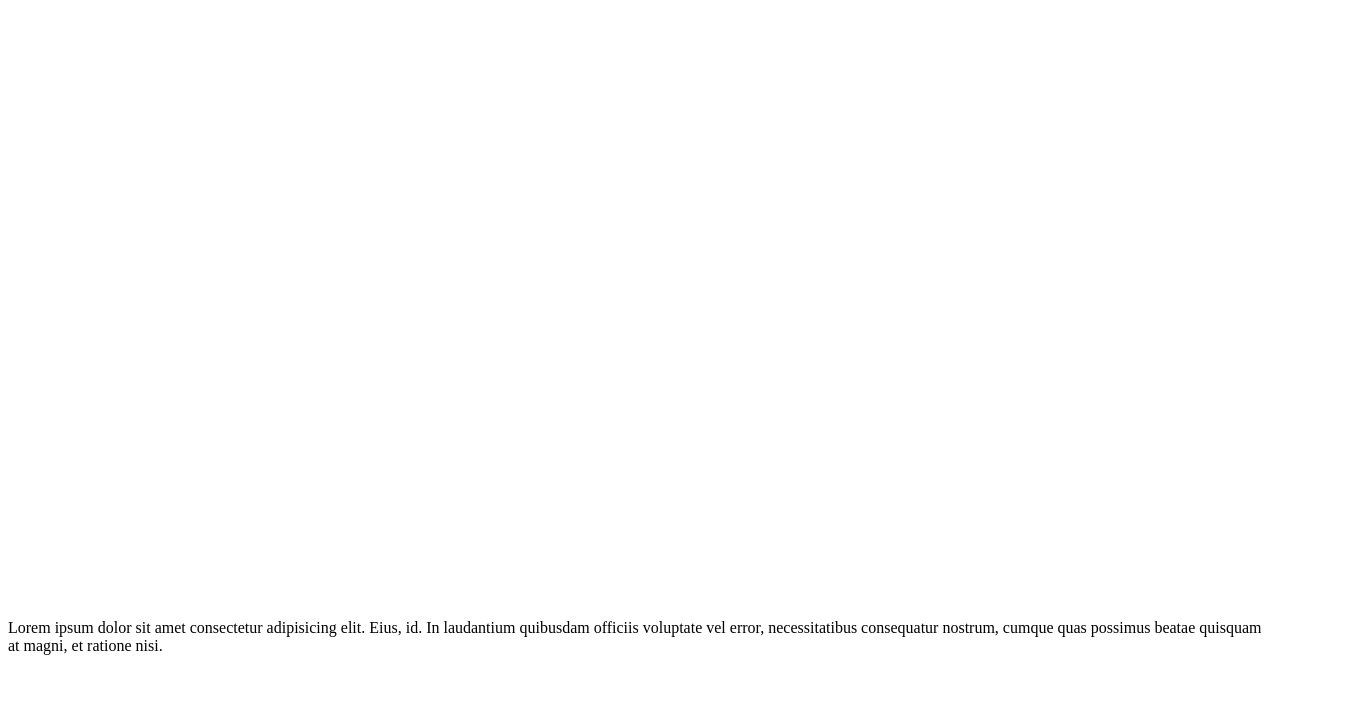
Repository: manhkkkk/assigntment
Page: index.html
The author's editor kept a copy of each file at every save. The page is drawn from the files as they stood at one save, then again after the next save.
The browser window is 1280 px wide. The page is 1359 px wide, so the pictures cover 1359 px, including what lies to the right of the window. The pictures show the whole page.

Above is the page before, as saved 2022-01-09 21:09:37.

### index.html
<!DOCTYPE html>
<html lang="en">
    <head>
        <meta charset="UTF-8" />
        <link rel="icon" type="image/svg+xml" href="favicon.svg" />
        <meta http-equiv="X-UA-Compatible" content="IE=edge" />
        <meta name="viewport" content="width=device-width, initial-scale=1.0" />
        <link rel="stylesheet" href="./style.css" />
        <title>Document</title>
    </head>
    <body>
        <header>
            <div class="container">
                <nav>
                    <div>
                        <img src="./image/logo.png" alt="" />
                    </div>
                </nav>
            </div>
        </header>
        <script type="module" src="./src/main.js"></script>
        <p>
            Lorem ipsum dolor sit amet consectetur adipisicing elit. Eius, id.
            In laudantium quibusdam officiis voluptate vel error, necessitatibus
            consequatur nostrum, cumque quas possimus beatae quisquam at magni,
            et ratione nisi.
        </p>
    </body>
</html>

### src/main.js
var menuList =["Menu1", "Menu2", "Menu3"];

const menuElement = document.querySelector('#menu');
if (menuElement) {
  for (let i = 0; i < menuList.length; i++) {
    menuElement.innerHTML += '<li>${menuList[i]}</li>';

  }
}

Loaded but not shown: style.css (common file)

After the next save:
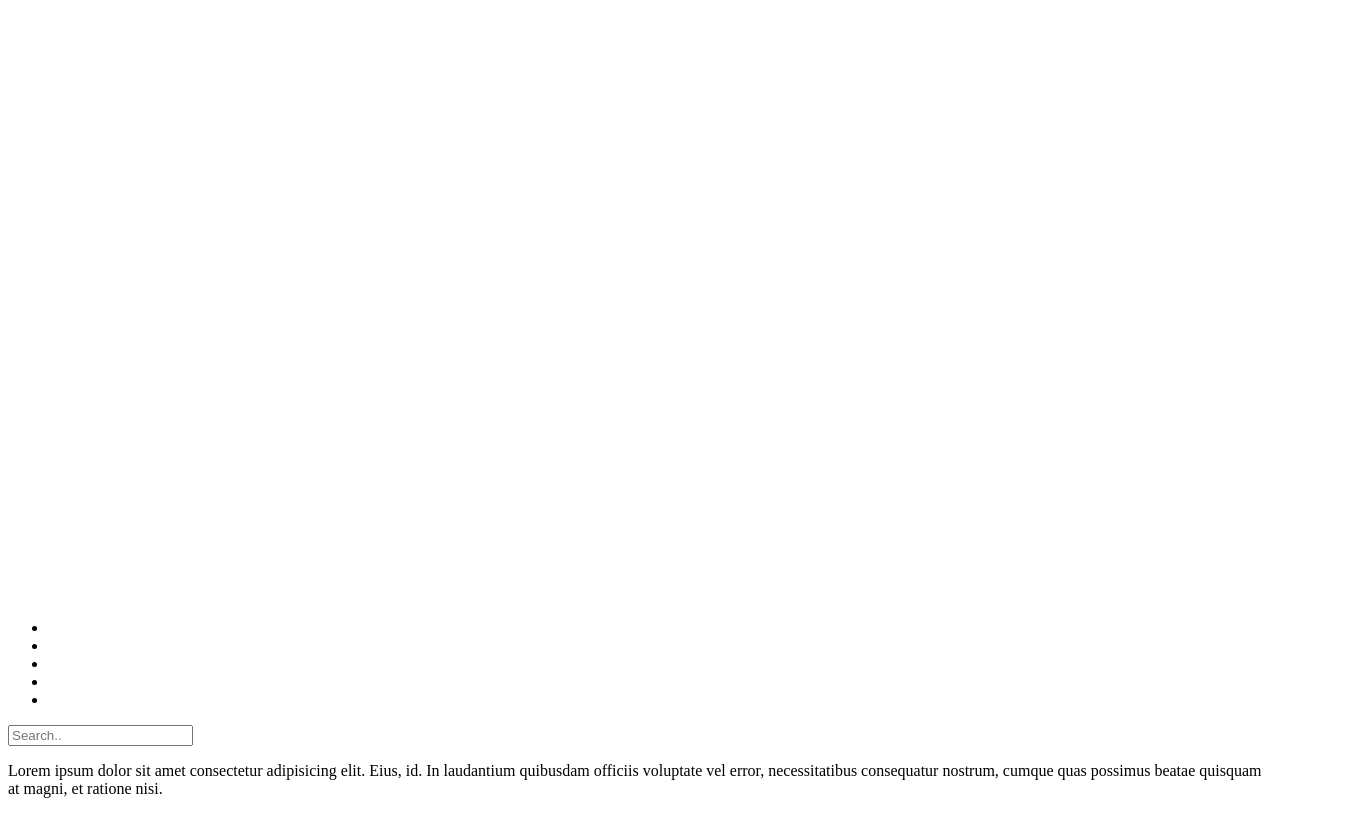
Saved 4 min 49 s later.
--- a/index.html
+++ b/index.html
@@ -15,6 +15,18 @@
                     <div>
                         <img src="./image/logo.png" alt="" />
                     </div>
+                    <div>
+                        <ul>
+                            <li><a href=""></a></li>
+                            <li><a href=""></a></li>
+                            <li><a href=""></a></li>
+                            <li><a href=""></a></li>
+                            <li><a href=""></a></li>
+                        </ul>
+                    </div>
+                    <div class="search">
+                        <input type="text" placeholder="Search.." />
+                    </div>
                 </nav>
             </div>
         </header>
